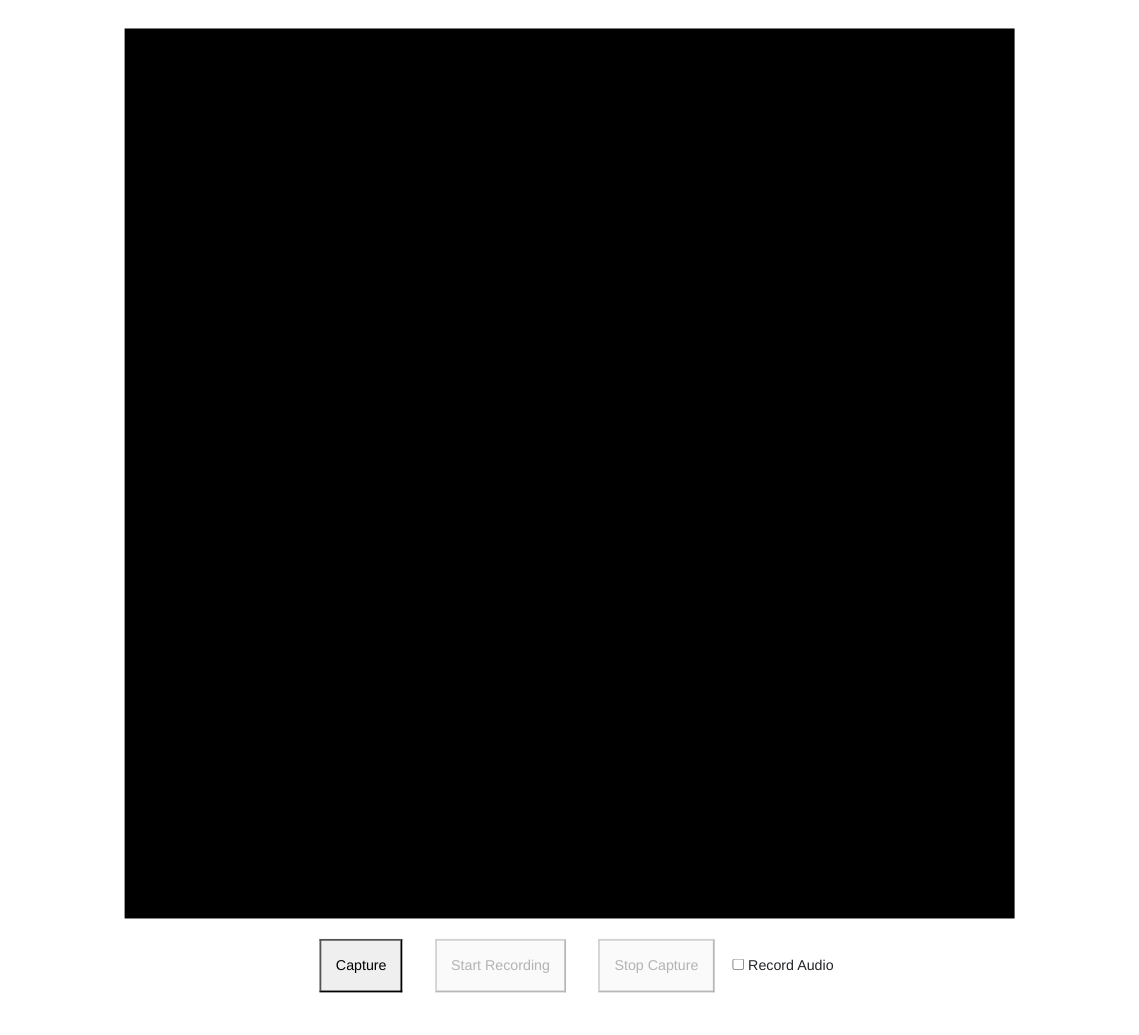
Repository: santiljanomalaj/recording_youtube
Page: index.html
These files come from the project's save history. The page is drawn as it stood at one moment and after the next save; the edit follows.
The browser window is 1280 px wide. The pictures show the whole page, at 89% of full size.

Above is the page before, as saved 2020-04-29 18:06:50.

After the next save:
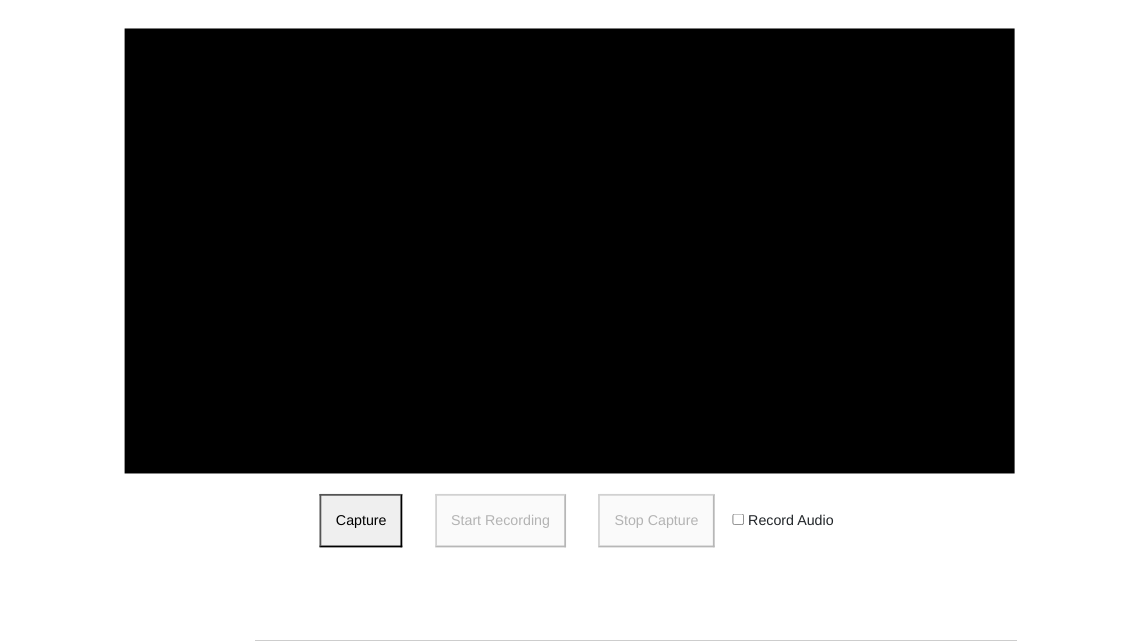
Saved 12 s later.
--- a/index.html
+++ b/index.html
@@ -28,7 +28,7 @@
         Enable chrome://flags/#enable-experimental-web-platform-features
       </p>
       <video
-        style="background-color: black; width: 1000px; height: 1000px;"
+        style="background-color: black; width: 1000px; height: 500px;"
         id="videoElement"
         autoplay
       ></video>
